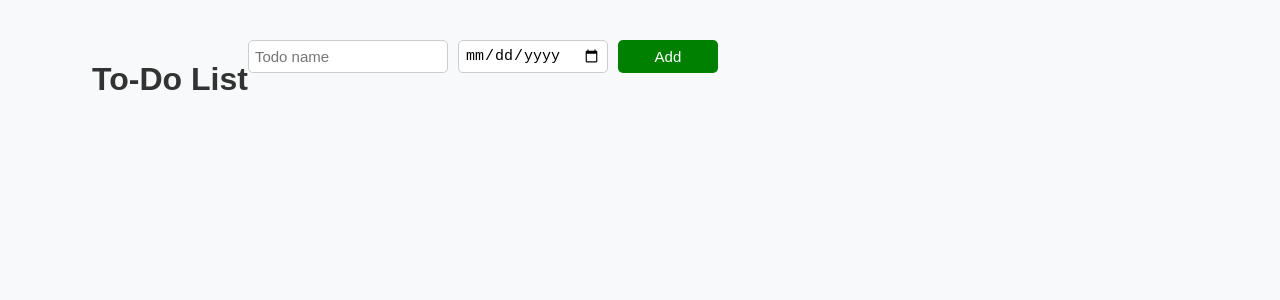
Repository: hawamubarakk/To-Do-list-
Page: 11-to-do-list.html
The author's editor kept a copy of each file at every save. The page is drawn from the files as they stood at one save, then again after the next save.
The browser window is 1280 px wide. The pictures show the whole page.

Above is the page before, as saved 2025-08-17 13:51:39.

### 11-to-do-list.html
<!DOCTYPE html>
<html lang="en">
<head>
  <meta charset="UTF-8">
  <meta name="viewport" content="width=device-width, initial-scale=1.0">
  <title>To-Do List App</title>
  <link rel="stylesheet" href="11-to-do-list.css">
</head>
<body>
  <h1>To-Do List</h1>

  <!-- Input Section -->
  <div class="todo-input-grid">
    <input type="text" placeholder="Todo name" class="js-name-input name-input">
    <input type="date" class="js-due-date-input due-date-input">
    <button onclick="addTodo()" class="add-todo-button">Add</button>
  </div>

  <!-- Todo List Section -->
  <div class="todo-grid js-todo-list"></div>

  <script src="11-to-do-list.js"></script>
</body>
</html>

### 11-to-do-list.css
body {
  font-family: Arial, sans-serif;
  background: #f8f9fa;
  margin: 40px;
  justify-content: center;
  align-items: flex-start;
  display: flex;
}

h1 {
  text-align: center;
  margin-bottom: 20px;
  color: #333;
}

.todo-grid,
.todo-input-grid {
  display: grid;
  grid-template-columns: 200px 150px 100px;
  column-gap: 10px;
  row-gap: 10px;
  align-items: center;
}

.todo-input-grid {
  margin-bottom: 20px;
  align-items: stretch;
}

.name-input,
.due-date-input {
  font-size: 15px;
  padding: 6px;
  border: 1px solid #ccc;
  border-radius: 5px;
}

.add-todo-button {
  background-color: green;
  color: white;
  border: none;
  font-size: 15px;
  cursor: pointer;
  border-radius: 5px;
  padding: 8px 15px;
}

.add-todo-button:hover {
  background-color: darkgreen;
}

.delete-todo-button {
  background-color: darkred;
  color: white;
  border: none;
  font-size: 15px;
  cursor: pointer;
  border-radius: 5px;
  padding: 8px 15px;
}

.delete-todo-button:hover {
  background-color: crimson;
}

.todo-row {
  display: contents;
}

.completed {
  text-decoration: line-through;
  color: gray;
}

### 11-to-do-list.js
const todoList = [];

function renderTodoList() {
  let todoListHTML = '';

  for (let i = 0; i < todoList.length; i++) {
    const todoObject = todoList[i];
    const { name, dueDate } = todoObject;

    const html = `
      <div class="todo-row">
        <div>${name}</div>
        <div>${dueDate || "-"}</div>
        <button onclick="
          todoList.splice(${i}, 1);
          renderTodoList();
        " class="delete-todo-button">Delete</button>
      </div>
    `;
    todoListHTML += html;
  }

  document.querySelector('.js-todo-list').innerHTML = todoListHTML;
}

function addTodo() {
  const inputElement = document.querySelector('.js-name-input');
  const name = inputElement.value.trim();

  const dateInputElement = document.querySelector('.js-due-date-input');
  const dueDate = dateInputElement.value;

  if (!name) {
    alert("Please enter a task");
    return;
  }

  todoList.push({ name, dueDate });

  inputElement.value = '';
  dateInputElement.value = '';

  renderTodoList();
}

After the next save:
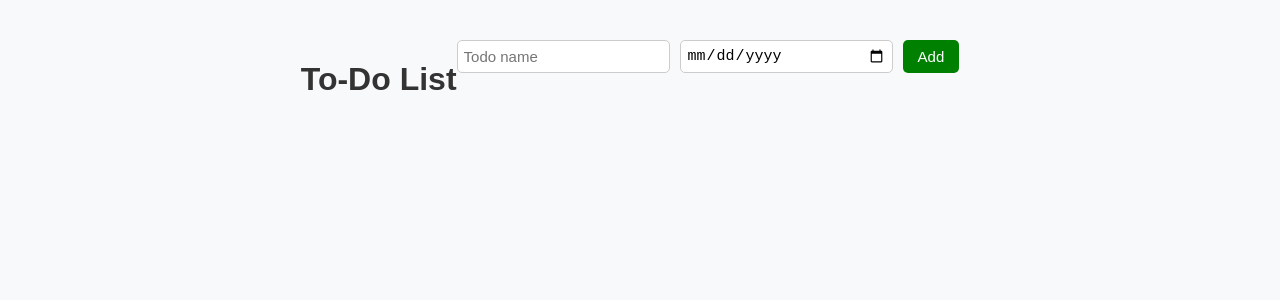
Saved 4 min 9 s later.
--- a/11-to-do-list.css
+++ b/11-to-do-list.css
@@ -16,16 +16,10 @@ h1 {
 .todo-grid,
 .todo-input-grid {
   display: grid;
-  grid-template-columns: 200px 150px 100px;
-  column-gap: 10px;
-  row-gap: 10px;
-  align-items: center;
+  grid-template-columns: 1fr 1fr auto; /* text aur date responsive ho jaye */
+  gap: 10px;
 }
 
-.todo-input-grid {
-  margin-bottom: 20px;
-  align-items: stretch;
-}
 
 .name-input,
 .due-date-input {
